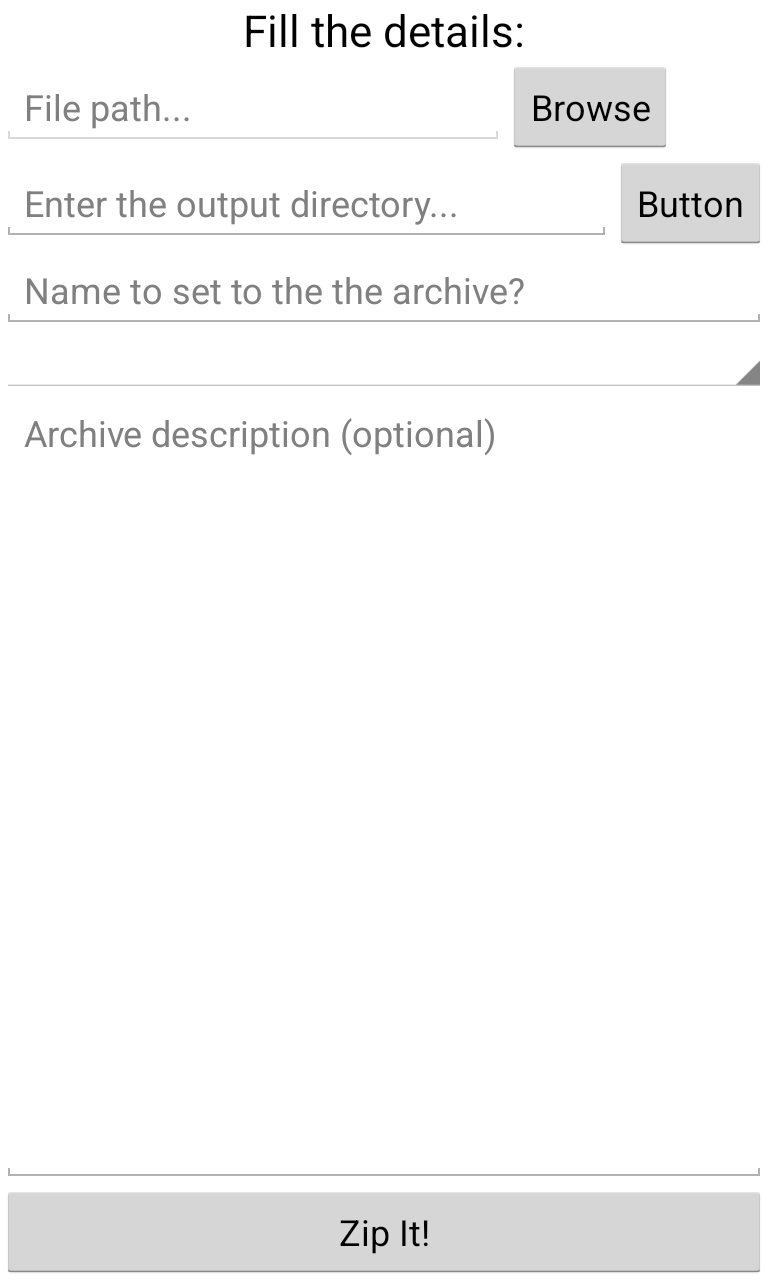
Repository: ya-ivanov/Android-Projects
Layout: Android Projects (OLD)/Zip It!/ZipIt/res/layout/activity_main.xml
An editor plug-in stored every save of this project. The layout is shown before and after the next save, followed by the edit.
It is drawn on a 768 x 1280 px phone screen (xhdpi) without system bars, with theme AppTheme; the app's code is not run.

Above is the layout before, as saved 2013-12-12 18:04:01.

### Android Projects (OLD)/Zip It!/ZipIt/res/layout/activity_main.xml
<LinearLayout xmlns:android="http://schemas.android.com/apk/res/android"
    android:layout_width="fill_parent"
    android:layout_height="fill_parent"
    android:orientation="vertical" >

    <TextView
        android:id="@+id/textView1"
        android:layout_width="match_parent"
        android:layout_height="wrap_content"
        android:gravity="center_horizontal"
        android:text="Fill the details:"
        android:textAppearance="?android:attr/textAppearanceLarge" />

    <LinearLayout
        android:layout_width="match_parent"
        android:layout_height="wrap_content" >

        <EditText
            android:id="@+id/files"
            android:layout_width="253dp"
            android:layout_height="wrap_content"
            android:ems="10"
            android:enabled="false"
            android:hint="File path..."
            android:singleLine="true" >

            <requestFocus />
        </EditText>

        <Button
            android:id="@+id/browse"
            android:layout_width="wrap_content"
            android:layout_height="wrap_content"
            android:text="Browse" />

    </LinearLayout>

    <LinearLayout
        android:layout_width="match_parent"
        android:layout_height="wrap_content" >

        <EditText
            android:id="@+id/endDir"
            android:layout_width="match_parent"
            android:layout_height="wrap_content"
            android:layout_weight="1"
            android:ems="10"
            android:hint="Enter the output directory..."
            android:singleLine="true" >
        </EditText>

        <Button
            android:id="@+id/button2"
            android:layout_width="wrap_content"
            android:layout_height="wrap_content"
            android:text="Button" />

    </LinearLayout>

    <LinearLayout
        android:layout_width="match_parent"
        android:layout_height="wrap_content" >

        <EditText
            android:id="@+id/archiveName"
            android:layout_width="match_parent"
            android:layout_height="wrap_content"
            android:layout_weight="1"
            android:ems="10"
            android:hint="Name to set to the the archive?"
            android:singleLine="true" />

    </LinearLayout>

    <Spinner
        android:id="@+id/spinner"
        android:layout_width="fill_parent"
        android:layout_height="wrap_content" />

    <EditText
        android:id="@+id/editText1"
        android:layout_width="match_parent"
        android:layout_height="wrap_content"
        android:layout_weight="1"
        android:ems="10"
        android:hint="Archive description (optional)"
        android:gravity="top" >

    </EditText>

    <Button
        android:id="@+id/button1"
        android:layout_width="match_parent"
        android:layout_height="wrap_content"
        android:text="Zip It!" />

</LinearLayout>

Loaded but not shown: Android Projects (OLD)/Zip It!/ZipIt/res/values/styles.xml (common file); Android Projects (OLD)/Zip It!/ZipIt/res/values-v11/styles.xml (common file); Android Projects (OLD)/Zip It!/ZipIt/res/values-v14/styles.xml (common file)

After the next save:
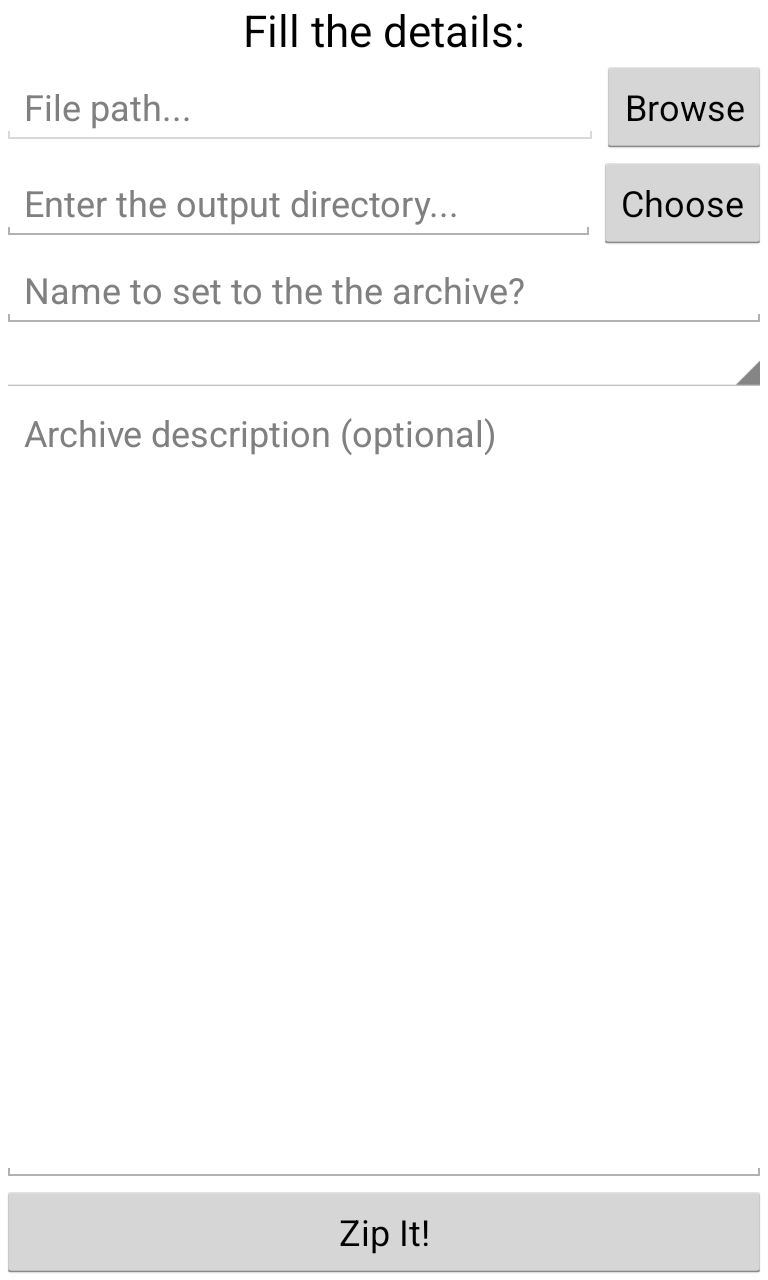
Saved 27 s later.
--- a/Android Projects (OLD)/Zip It!/ZipIt/res/layout/activity_main.xml
+++ b/Android Projects (OLD)/Zip It!/ZipIt/res/layout/activity_main.xml
@@ -19,6 +19,7 @@
             android:id="@+id/files"
             android:layout_width="253dp"
             android:layout_height="wrap_content"
+            android:layout_weight="1.14"
             android:ems="10"
             android:enabled="false"
             android:hint="File path..."
@@ -32,7 +33,6 @@
             android:layout_width="wrap_content"
             android:layout_height="wrap_content"
             android:text="Browse" />
-
     </LinearLayout>
 
     <LinearLayout
@@ -53,7 +53,7 @@
             android:id="@+id/button2"
             android:layout_width="wrap_content"
             android:layout_height="wrap_content"
-            android:text="Button" />
+            android:text="Choose" />
 
     </LinearLayout>
 
